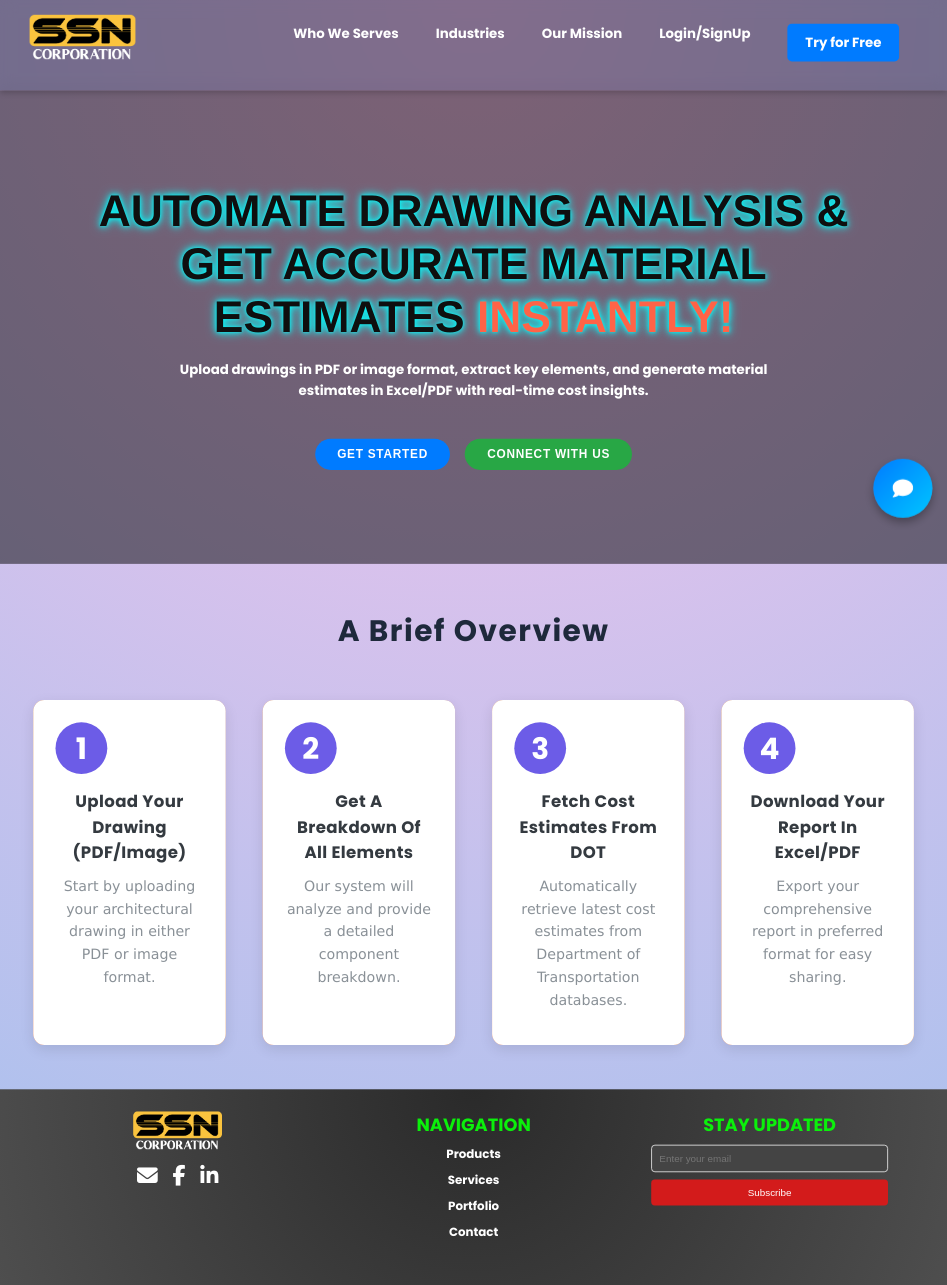
Repository: aabhashbasnet/SSNCorporation
Page: /
An editor plug-in stored every save of this project. The page is shown before and after a run of saves, followed by the edit.
The browser window is 1280 px wide. The pictures show the whole page, at 74% of full size.
The project was rebuilt for these pictures with package versions that can differ from the ones it lists, and the page was loaded fresh each time. Also part of the build but not shown: src/pages/OurMission/OurMission.jsx, src/pages/LoginSignUp/LoginSignUp.css, src/pages/LoginSignUp/LoginSignUp.jsx, src/pages/Industries/Industries.jsx, src/pages/Industries/Landscaping.jsx, src/pages/Industries/Paving.jsx, src/pages/Industries/GeneralConstruction.jsx, src/pages/Industries/FacilitiesMaintenance.jsx and 10 more.

Above is the page before, as saved 2025-02-11 14:55:56.

### src/index.css
/* index.css or App.css */
body {
  margin: 0;
  padding: 0;
  font-family: 'Poppins', sans-serif; /* Optional: Add modern typography */
  /* background: linear-gradient(to bottom, #0a192f, #162447); */
  /* background: linear-gradient(to bottom, #0a192f, #004aad); */
  /* background: radial-gradient(circle at top, #00c6ff, #0072ff, #0a192f);
  background: radial-gradient(circle at top, #ff7e5f, #feb47b, #f4f4f4);
  background: radial-gradient(circle at top, #6a11cb, #2575fc);
  background: radial-gradient(circle at top, #ff416c, #ff4b2b); */
  background: radial-gradient(circle at top, #fbc2eb, #a6c1ee);
  /* color: white; Ensures text is readable */
  min-height: 100vh;
}

### src/App.css
.app-container {
  min-height: 100vh;
  display: flex;
  flex-direction: column;
  background-size: cover;
  background-position: center;
}

### src/components/Main/Main.jsx
import React, { useEffect } from "react";
import { useNavigate } from "react-router-dom";
import "./Main.css";

const Main = () => {
  const navigate = useNavigate();

  const handleGetStartedClick = () => {
    // Open the GetStarted component in a new tab
    const newTab = window.open("", "_blank");
    newTab.location.href = "/get-started";
  };

  useEffect(() => {
    // Adding animation to fade in the content
    const content = document.querySelector(".main-content");
    content.classList.add("fade-in");
  }, []);

  return (
    <div className="main-container">
      <div className="background-image">
        <div className="main-content">
          <h1 className="headline">
            Automate Drawing Analysis & Get Accurate Material Estimates{" "}
            <span className="instant">Instantly!</span>
          </h1>
          <p className="description">
            Upload drawings in PDF or image format, extract key elements, and generate material estimates in Excel/PDF with real-time cost insights.
          </p>

          <div className="button-container">
            <button className="button primary" onClick={handleGetStartedClick}>
              Get Started
            </button>
            <button className="button connect">Connect with Us</button>
          </div>
        </div>
      </div>
    </div>
  );
};

export default Main;

### src/components/Working/Working.jsx
import React from 'react';
import './Working.css';


const Working = () => {
  const steps = [
    {
      number: '1',
      title: 'Upload your drawing (PDF/Image)',
      description: 'Start by uploading your architectural drawing in either PDF or image format.'
    },
    {
      number: '2',
      title: 'Get a breakdown of all elements',
      description: 'Our system will analyze and provide a detailed component breakdown.'
    },
    {
      number: '3',
      title: 'Fetch cost estimates from DOT',
      description: 'Automatically retrieve latest cost estimates from Department of Transportation databases.'
    },
    {
      number: '4',
      title: 'Download your report in Excel/PDF',
      description: 'Export your comprehensive report in preferred format for easy sharing.'
    }
  ];

  return (
    <div className="how-it-works-container">
      <h2 className="section-title">A Brief Overview</h2>
      <div className="steps-container">
        {steps.map((step, index) => (
          <div key={index} className="step-card">
            <div className="step-icon">{step.number}</div>
            <h3 className="step-title">{step.title}</h3>
            <p className="step-description">{step.description}</p>
          </div>
        ))}
      </div>
    </div>
  );
};

export default Working;

### src/components/Footer/Footer.jsx
import React from 'react';
import './Footer.css';
import logo from '../../assets/logo.png';

const Footer = () => {
  return (
    <footer className="footer">
      <div className="footer-content"> {/* Container for better layout control */}
        <div className="footer-section">
          <img src={logo} alt="Company Logo" className="logo" />
          <div className="social-links">
            <a href="mailto:info@ssnbuilders.com" aria-label="Email">
              <i className="fas fa-envelope social-icon"></i>
            </a>
            <a href="https://www.facebook.com" aria-label="Facebook" target="_blank" rel="noopener noreferrer">
              <i className="fab fa-facebook-f social-icon"></i>
            </a>
            <a href="https://www.linkedin.com" aria-label="LinkedIn" target="_blank" rel="noopener noreferrer">
              <i className="fab fa-linkedin-in social-icon"></i>
            </a>
          </div>
        </div>

        <div className="footer-section">
          <h4>Navigation</h4>
          <nav>
            <ul className="footer-nav">
              <li><a href="/products">Products</a></li>
              <li><a href="/services">Services</a></li>
              <li><a href="/portfolio">Portfolio</a></li>
              <li><a href="/contact">Contact</a></li>
            </ul>
          </nav>
        </div>

        <div className="footer-section">
          <h4>Stay Updated</h4>
          <div className="newsletter">
            <input
              type="email"
              placeholder="Enter your email"
              className="email-input"
              aria-label="Email for newsletter"
            />
            <button className="subscribe-button">Subscribe</button>
          </div>
        </div>
      </div> {/* Close footer-content */}
    </footer>
  );
}

export default Footer;

### src/components/Main/Main.css
/* Main content styling */
.main-content {
  padding: 50px 20px;
  text-align: center;
  min-height: calc(100vh - 80px);
  display: flex;
  flex-direction: column;
  justify-content: center;
  align-items: center;
  position: relative;
  z-index: 1;
}

/* Gradient overlay */
.main-content:before {
  content: '';
  position: absolute;
  top: 0;
  left: 0;
  right: 0;
  bottom: 0;
  background: rgba(0, 0, 0, 0.5); /* Dark gradient for readability */

  z-index: -1;
}

/* Headline styling with animated underline */
.headline {
  font-family: 'Helvetica', sans-serif;
  font-size: 60px;
  font-weight: bold;
  color: #0f0f0f;
  margin-bottom: 20px;
  line-height: 1.2;
  text-transform: uppercase;
  display: inline-block;
  position: relative;
  max-width: 90%;
  text-shadow: 2px 2px 6px rgba(0, 0, 0, 0.3), 0 0 25px rgba(255, 99, 71, 0.5);
  text-shadow: 4px 4px 8px rgba(0, 0, 0, 0.6);
  text-shadow: 0 0 10px rgba(255, 99, 71, 0.7);
  text-shadow: 0 0 5px rgba(0, 255, 255, 0.8), 0 0 10px rgba(0, 255, 255, 0.8), 0 0 15px rgba(0, 255, 255, 0.8);




}

.headline .instant {
  color: #ff6347; /* Tomato color */
}

/* Underline animation effect */
.headline:after {
  content: '';
  position: absolute;
  left: 0;
  bottom: -5px;
  width: 0;
  height: 3px;
  background: #ff6347;
  transition: width 0.3s ease;
}

.headline:hover:after {
  width: 100%;
}

/* Description styling */
.description {
  font-size: 18px;
  font-weight: bold;
  color: white;
  max-width: 800px;
  margin: 0 auto;
  line-height: 1.6;
  margin-bottom: 30px;
}

/* Button container styling */
.button-container {
  display: flex;
  gap: 20px;
  justify-content: center;
  margin-top: 20px;
  flex-wrap: wrap;
  align-items: center;
}

/* Button base styling */
.button {
  padding: 12px 30px;
  font-size: 16px;
  font-weight: bold;
  border: none;
  border-radius: 25px;
  cursor: pointer;
  transition: all 0.3s ease;
  display: inline-block;
  text-transform: uppercase;
  letter-spacing: 1px;
}

/* Default button styling */
.button:hover {
  transform: translateY(-5px);
}

/* "Get Started" button styling */
.button.primary {
  background-color: #007bff;
  color: white;
}

.button.primary:hover {
  background-color: #0056b3;
}

/* "Connect with Us" button styling */
.button.connect {
  background-color: #28a745;
  color: white;
}

.button.connect:hover {
  background-color: #218838;
}

/* Add some responsive styling */
@media (max-width: 768px) {
  .headline {
    font-size: 45px; /* Adjust the headline font size */
  }

  .description {
    font-size: 16px;
    padding: 0 20px;
  }

  .button-container {
    flex-direction: column; /* Stack buttons on mobile */
  }

  .button {
    width: 100%;
    max-width: 300px;
    margin: 10px 0;
  }
}

### src/components/Working/Working.css
/* Working.css */

/* Container for the whole section */
.how-it-works-container {
    padding: 60px 20px;
    /* background-color: #f1f4f9; */
    text-align: center;
  }

  .section-title {
    font-size: 3rem;
    font-weight: bold;
    color: #343a40;
    margin-bottom: 40px;
    /* text-transform: uppercase; */
    letter-spacing: 2px;
    animation: fadeIn 1s ease-out;
  }

  /* Flexbox container for the cards */
  .steps-container {
    display: flex;
    justify-content: center;
    gap: 50px;
    flex-wrap: wrap;
    animation: fadeInUp 1s ease-out;
  }

  /* Individual step cards */
  .step-card {
    background-color: #fff;
    border-radius: 15px;
    box-shadow: 0 6px 18px rgba(0, 0, 0, 0.1);
    padding: 30px;
    width: 260px;
    transition: transform 0.4s ease, box-shadow 0.4s ease;
    cursor: pointer;
    position: relative;
    overflow: hidden;
    text-align: center;
  }

  .step-card:hover {
    transform: translateY(-10px);
    box-shadow: 0 12px 30px rgba(0, 0, 0, 0.15);
  }

  .step-card::before {
    content: "";
    position: absolute;
    top: 50%;
    left: 50%;
    width: 200%;
    height: 200%;
    background: linear-gradient(45deg, #ff6f61, #f79c42, #6c5ce7);
    z-index: -1;
    animation: expand 3s ease-out infinite;
    transform: translate(-50%, -50%);
  }

  /* Step icon circle */
  .step-icon {
    font-size: 2.5rem;
    font-weight: bold;
    color: #fff;
    background-color: #6c5ce7;
    width: 70px;
    height: 70px;
    border-radius: 50%;
    display: flex;
    align-items: center;
    justify-content: center;
    margin-bottom: 20px;
    transition: transform 0.3s ease;
  }

  .step-card:hover .step-icon {
    transform: scale(1.1);
  }

  /* Title style for each step */
  .step-title {
    font-size: 1.4rem;
    font-weight: 600;
    color: #343a40;
    margin-bottom: 15px;
    text-transform: capitalize;
    letter-spacing: 0.5px;
    transition: color 0.3s ease;
  }

  .step-card:hover .step-title {
    color: #6c5ce7;
  }

  /* Description under each title */
  .step-description {
    font-size: 1.2rem;
    font-family: 'Lucida Sans', 'Lucida Sans Regular', 'Lucida Grande', 'Lucida Sans Unicode', Geneva, Verdana, sans-serif;
    font-weight: 500;
    color: #6c757d;
    line-height: 1.6;
    padding-bottom: 15px;
    opacity: 0.8;
    transition: opacity 0.3s ease;
  }

  .step-card:hover .step-description {
    opacity: 1;
    color: #2f353b;
  }

  /* Hover animations for smooth effects */
  @keyframes fadeIn {
    from {
      opacity: 0;
      transform: translateY(-20px);
    }
    to {
      opacity: 1;
      transform: translateY(0);
    }
  }

  @keyframes fadeInUp {
    from {
      opacity: 0;
      transform: translateY(20px);
    }
    to {
      opacity: 1;
      transform: translateY(0);
    }
  }

  @keyframes expand {
    0% {
      transform: translate(-50%, -50%) scale(1);
    }
    50% {
      transform: translate(-50%, -50%) scale(1.2);
    }
    100% {
      transform: translate(-50%, -50%) scale(1);
    }
  }

  /* Mobile responsiveness */
  @media (max-width: 768px) {
    .steps-container {
      flex-direction: column;
      align-items: center;
    }

    .step-card {
      width: 90%;
      margin-bottom: 30px;
    }
  }

### src/components/Footer/Footer.css
.footer {
    background-color: #333;
    background: #2c3e50; /* Dark blue/gray */
    background: radial-gradient(circle at top, #333, #555);
    background: radial-gradient(circle at top, #4b0082, #2c003e);
    background: radial-gradient(circle at top, #2a2a2a, #3b3b3b);
    background: radial-gradient(circle at top, #2a2a2a, #4e4e4e);

    color: white;
    padding: 30px;
  }

  .footer-content {
    display: flex;
    flex-wrap: wrap;
    justify-content: space-around;
    max-width: 1200px;
    margin: 0 auto;
  }

  .footer-section {
    flex: 1 1 30%;
    margin-bottom: 20px;
    text-align: center;
  }

  .logo {
    width: 120px;
    height: auto;
    margin-bottom: 15px;
  }

  .social-links {
    display: flex;
    justify-content: center; /* Center social icons */
    gap: 20px;
  }

  .social-icon {
    font-size: 28px;
    color: white;
    transition: color 0.3s ease;
  }

  .social-icon:hover {
    color: #0e76a8;
  }


  .footer-section h4 {
    font-size: 1.5rem; /* Use rem for scalable font sizes */
    font-weight: bold;
    margin-bottom: 10px;
    color: rgb(11, 240, 11);
    text-transform: uppercase;
  }
  .footer-nav {
    list-style: none;
    padding: 0;
    margin: 0;
  }

  .footer-nav li {
    margin-bottom: 10px;
  }

  .footer-nav a {
    font-size: 1rem;
    color: hsl(0, 0%, 100%);
    text-decoration: none;
    transition: color 0.3s ease;
  }

  .footer-nav a:hover {
    color: #0e76a8;
  }

  .newsletter {
    display: flex;
    flex-direction: column; /* Stack input and button */
    align-items: center; /* Center content horizontally */
  }

  .email-input {
    padding: 10px;
    border: 1px solid #fff;
    border-radius: 5px;
    width: 80%; /* Make input responsive */
    margin-bottom: 10px;
    background-color: #444;
    color: white;
  }

  .subscribe-button {
    padding: 10px 20px;
    background-color: #d31b1b;
    color: white;
    border: none;
    border-radius: 5px;
    cursor: pointer;
    transition: background-color 0.3s ease;
    width: 80%; /* Make button responsive */
  }

  .subscribe-button:hover {
    background-color: #b91b1b;
  }

  @media screen and (max-width: 768px) {
    .footer-section {
      flex: 1 1 100%; /* Each section takes full width on mobile */
      margin-bottom: 20px; /* Add space between sections */
    }

    .newsletter {
      flex-direction: column; /* Stack input and button vertically */
      align-items: center; /* Center the content horizontally */
    }

    .email-input,
    .subscribe-button {
      width: 100%; /* Full width input and button */
    }

    .footer-nav li {
      margin-bottom: 5px; /* Reduce margin between links */
    }
  }

### src/pages/Industries/Industries.css
/* Import Poppins font */
@import url('https://fonts.googleapis.com/css2?family=Poppins:wght@700&display=swap');

.industries-container {
  padding: 5rem 1rem;
}

.industries-title {
  font-family: Arial, Helvetica, sans-serif;
  text-align: center;
  font-size: 2.9rem;
  color: #1f2937;
  margin-bottom: 1rem;
  font-weight: 1000;
}

.industries-subtitle {
  text-align: center;
  color: #4b5563;
  font-size: 1.125rem;
  max-width: 800px;
  margin: 0 auto 3rem;
  line-height: 1.6;
}

.industries-grid {
  display: grid;
  gap: 2rem;
  grid-template-columns: 1fr;
}

.industry-card {
  background: white;
  padding: 2.5rem;
  border-radius: 1rem;
  box-shadow: 0 4px 6px -1px rgba(0, 0, 0, 0.1);
  transition: transform 0.3s ease, box-shadow 0.3s ease;
}

.industry-card:hover {
  transform: translateY(-5px);
  box-shadow: 0 10px 15px -3px rgba(0, 0, 0, 0.1);
}

.icon-container {
  width: 60px;
  height: 60px;
  border-radius: 50%;
  display: flex;
  align-items: center;
  justify-content: center;
  margin-bottom: 1.5rem;
}

.industry-icon {
  font-size: 2.5rem;
  color: white;
}

.industry-title {
  color: #1f2937;
  font-size: 1.5rem;
  margin: 1.5rem 0 1rem;
  font-weight: 600;
}

.industry-description {
  color: #4b5563;
  line-height: 1.6;
  margin-bottom: 1.5rem;
}

.learn-more-btn {
  color: #3b82f6;
  text-decoration: none;
  font-weight: 500;
  display: inline-flex;
  align-items: center;
  gap: 0.5rem;
  transition: color 0.3s ease;
}

.learn-more-btn:hover {
  color: #2563eb;
}

@media (min-width: 768px) {
  .industries-grid {
    grid-template-columns: repeat(2, 1fr);
  }
}

@media (min-width: 1024px) {
  .industries-grid {
    grid-template-columns: repeat(4, 1fr);
  }

  .industries-title {
    font-size: 3rem;
  }

  .industries-subtitle {
    font-size: 1.25rem;
  }
}

### src/pages/Industries/FacilitiesMaintainance.css
/* Reset and base styles */
* {
  margin: 0;
  padding: 0;
  box-sizing: border-box;
}

body {
  background-color: #f5f7fa;
}

/* General section styling */
section {
  padding: 4rem 2rem;
  max-width: 1200px;
  margin: 0 auto;
}

/* Overview section */
.overview-section {
  display: flex;
  gap: 3rem;
  align-items: center;
  min-height: 80vh;
  background: linear-gradient(135deg, #e8f4fd 0%, #f5f7fa 100%);
  border-radius: 20px;
  margin: 2rem auto;
}

.overview-text {
  flex: 1;
}

.overview-text h1 {
  font-size: 3rem;
  margin-bottom: 1.5rem;
  color: #2c3e50;
  line-height: 1.2;
  font-weight: 700;
}

.overview-text p {
  font-size: 1.1rem;
  line-height: 1.6;
  color: #5a6c7d;
  margin-bottom: 1.5rem;
}

.overview-image {
  flex: 1;
  position: relative;
}

.overview-image img {
  width: 100%;
  height: auto;
  border-radius: 15px;
  box-shadow: 0 20px 40px rgba(0, 0, 0, 0.1);
}

/* Features and Benefits section */
.features-benefits {
  background: linear-gradient(135deg, #f5f7fa 0%, #e8f4fd 100%);
  text-align: center;
  padding: 5rem 2rem;
  border-radius: 20px;
  margin: 2rem auto;
}

.features-benefits h2 {
  font-size: 2.5rem;
  color: #2c3e50;
  margin-bottom: 3rem;
  font-weight: 700;
}

.feature-card {
  background: rgba(255, 255, 255, 0.9);
  padding: 2rem;
  border-radius: 10px;
  box-shadow: 0 10px 20px rgba(0, 0, 0, 0.05);
  transition: transform 0.3s ease;
  text-align: center;
}

.feature-card:hover {
  transform: translateY(-5px);
  background: rgba(255, 255, 255, 0.95);
  box-shadow: 0 15px 30px rgba(0, 0, 0, 0.1);
}

.feature-card i {
  font-size: 2.5rem;
  margin-bottom: 1rem;
}

.feature-card h3 {
  font-size: 1.5rem;
  color: #2c3e50;
  margin-bottom: 1rem;
  font-weight: 600;
}

.feature-card p {
  color: #5a6c7d;
  line-height: 1.5;
}

/* CTA section */
.cta-section {
  text-align: center;
  background: linear-gradient(135deg, #3498db, #2980b9);
  color: white;
  border-radius: 15px;
  margin: 2rem auto;
  padding: 4rem 2rem;
  box-shadow: 0 15px 30px rgba(41, 128, 185, 0.2);
}

.cta-section h2 {
  font-size: 2.5rem;
  margin-bottom: 1.5rem;
  font-weight: 700;
}

.cta-section p {
  font-size: 1.2rem;
  margin-bottom: 2rem;
  max-width: 600px;
  margin-left: auto;
  margin-right: auto;
  line-height: 1.6;
}

.cta-button {
  display: inline-block;
  padding: 1rem 2rem;
  font-size: 1.2rem;
  font-weight: 600;
  text-decoration: none;
  color: white;
  background: linear-gradient(135deg, #28a745, #218838);
  border-radius: 30px;
  transition: all 0.3s ease;
  cursor: pointer;
  border: 2px solid transparent;
  box-shadow: 0 4px 15px rgba(40, 167, 69, 0.2);
}

.cta-button:hover {
  transform: scale(1.05);
  box-shadow: 0 6px 20px rgba(40, 167, 69, 0.3);
  background: linear-gradient(135deg, #218838, #28a745);
  color: white;
  border-color: rgba(255, 255, 255, 0.2);
}

/* Responsive Design */
@media (max-width: 1024px) {
  .features-grid {
      grid-template-columns: repeat(2, 1fr);
  }
}

@media (max-width: 768px) {
  .overview-section {
      flex-direction: column;
      text-align: center;
  }

  .overview-text h1 {
      font-size: 2.5rem;
  }

  .features-grid {
      grid-template-columns: 1fr;
  }

  .cta-section h2 {
      font-size: 2rem;
  }
}

@media (max-width: 480px) {
  section {
      padding: 2rem 1rem;
  }

  .overview-text h1 {
      font-size: 2rem;
  }

  .features-benefits h2 {
      font-size: 2rem;
  }

  .feature-card {
      margin: 0;
  }

  .cta-button {
      width: 90%;
      max-width: 300px;
  }
}

Loaded but not shown: public/index.html (common file); src/index.js (common file); src/reportWebVitals.js (common file); src/App.js (63 lines, source omitted); src/components/FloatingChatButton/FloatingChatButton.jsx (177 lines, source omitted); src/components/FloatingChatButton/FloatingChatButton.css (285 lines, source omitted); src/components/Navbar/Navbar.jsx (138 lines, source omitted); src/components/Navbar/Navbar.css (231 lines, source omitted); src/pages/Industries/Paving.css (214 lines, source omitted); src/pages/Industries/Landscaping.css (213 lines, source omitted); src/pages/OurMission/OurMission.css (228 lines, source omitted); src/pages/Industries/GeneralConstruction.css (205 lines, source omitted)

After the next 2 saves:
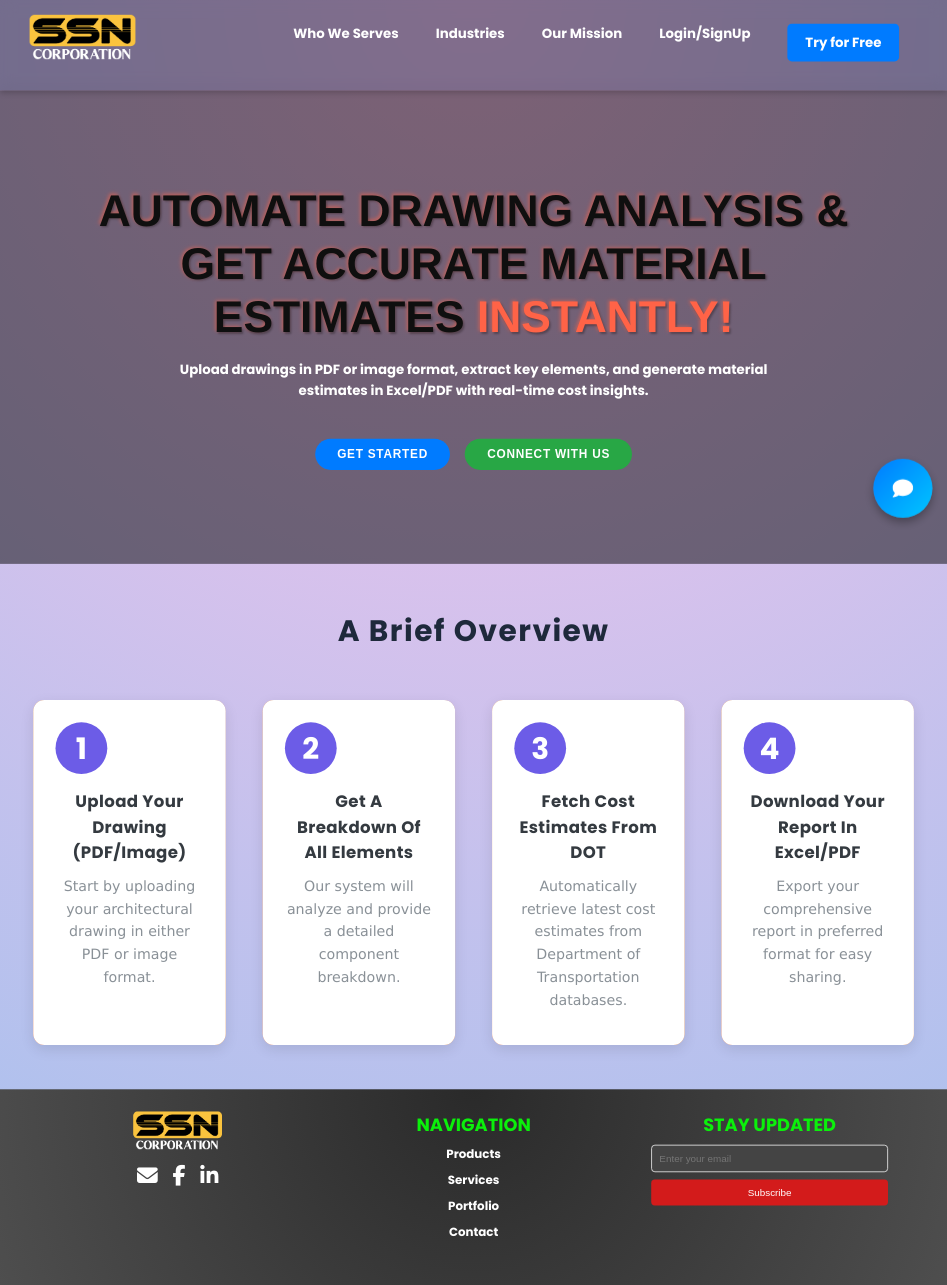
The 2 saves are shown as one change because they came seconds apart.
The last was saved 9 s later.
--- a/src/components/Main/Main.css
+++ b/src/components/Main/Main.css
@@ -40,6 +40,7 @@
   text-shadow: 4px 4px 8px rgba(0, 0, 0, 0.6);
   text-shadow: 0 0 10px rgba(255, 99, 71, 0.7);
   text-shadow: 0 0 5px rgba(0, 255, 255, 0.8), 0 0 10px rgba(0, 255, 255, 0.8), 0 0 15px rgba(0, 255, 255, 0.8);
+  text-shadow: 2px 2px 3px rgba(0, 0, 0, 0.3), -2px -2px 5px rgba(255, 99, 71, 0.5);
 
 
 
